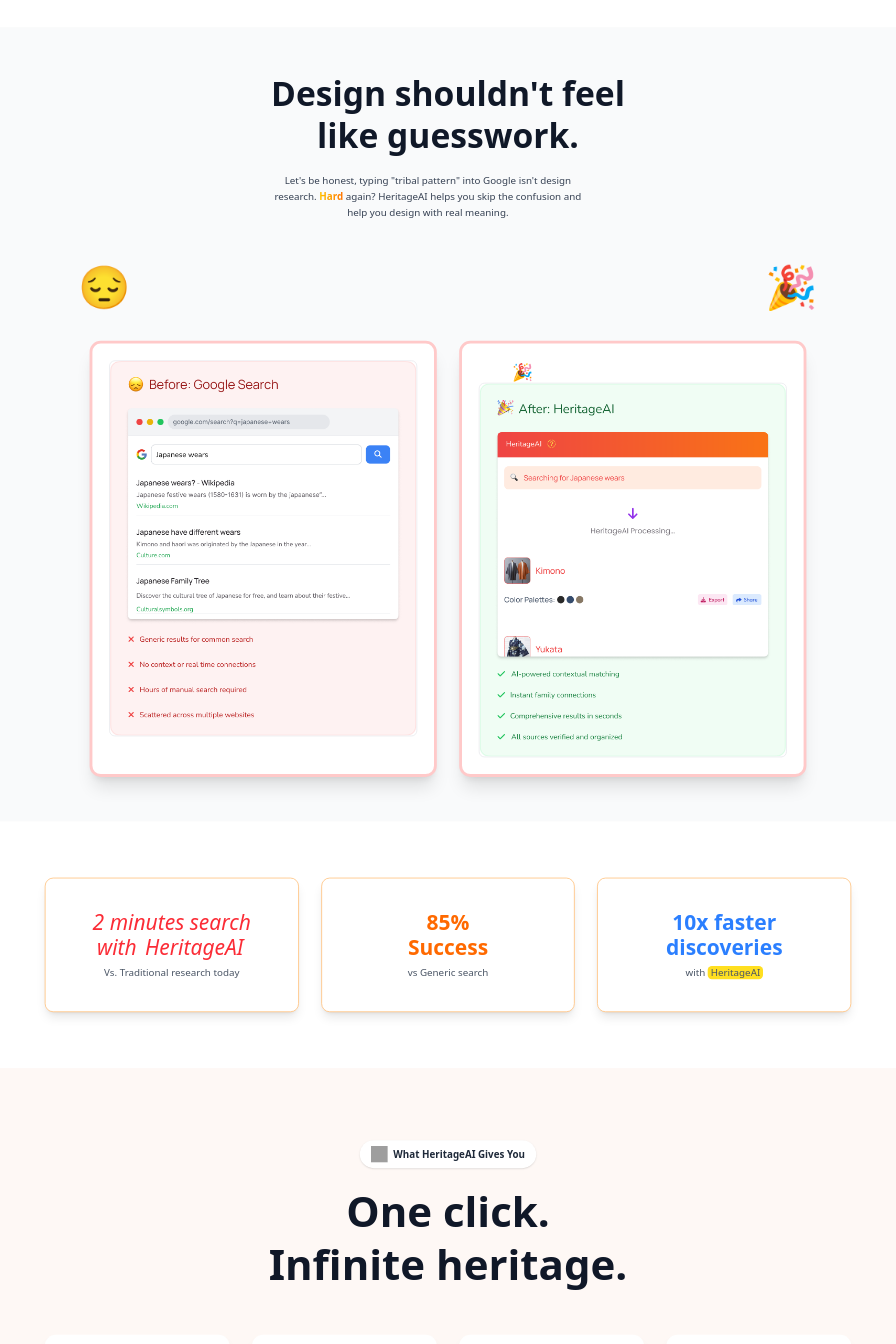
Repository: Em-driod/Heritage
Page: /
The author's editor kept a copy of each file at every save. The page is drawn from the files as they stood at one save, then again after the next save.
The browser window is 1280 px wide. The pictures show the part of the page from y = 897 to 2817 px (the page is 5795 px tall before and 5780 px after), at 70% of full size.
Pictures or frames that could not be fetched are drawn as grey boxes. The project was rebuilt for these pictures with package versions that can differ from the ones it lists, and the page was loaded fresh each time. Also part of the build but not shown: vite.config.ts.

Above is the page before, as saved 2025-07-08 21:00:27.

### src/App.tsx
// src/App.tsx
import React from 'react';
import { BrowserRouter as Router, Route, Routes } from 'react-router-dom';
import Home from './pages/House';



const App: React.FC = () => {
  return (
    <Router>
      <div>


        <Routes>
          <Route path="/" element={<Home />} />


        </Routes>
      </div>
    </Router>
  );
};

export default App;

### src/pages/House.tsx
import Hero from "../components/Hero"
import Landsecont from "../components/landsecont"
import Landthird from "../components/landthird"
import Landfourth from "../components/landfourth"
import Landfifth from "../components/landfifth"

const Home = () => {
  return (
    <div>
      <Hero />
      <Landsecont />
      <Landthird />
     <Landfourth />
     <Landfifth />
    </div>
  )
}

export default Home

### src/components/Hero.tsx
import React, { useState, useEffect } from 'react';

// Define the type for an asset, which is good practice in TypeScript
interface Asset {
  src: string;
  label: string;
}

const Hero: React.FC = () => {
  const [selectedCulture, setSelectedCulture] = useState<string>('Yoruba'); // Default to Yoruba
  const [isLoading, setIsLoading] = useState<boolean>(false);
  const [generatedAssets, setGeneratedAssets] = useState<Asset[]>([]); // State to hold generated assets
  const [showAmalaSpecificLoading, setShowAmalaSpecificLoading] = useState<boolean>(false); // New state for Amala specific loading

  // Function to simulate fetching assets based on culture
  const fetchGeneratedAssets = (cultureParam: string) => {
    setIsLoading(true); // Set general loading to true when fetching starts

    // Reset Amala specific loading if we're not loading Yoruba or if it's already visible
    // This helps ensure the Amala specific loader doesn't flash if you quickly switch back and forth
    // or if it was still active from a previous load.
    setShowAmalaSpecificLoading(false);


    // Simulate an API call or data loading delay
    setTimeout(() => {
      let assetsData: Asset[] = [];
      if (cultureParam === 'Yoruba') {
        assetsData = [
          { src: "/obatala.png", label: "Obatala" },
          { src: "/amala.png", label: "Amala" },
          { src: "/osun.png", label: "Oshun" },
        ];
      } else if (cultureParam === 'Igbo') {
        assetsData = [
          { src: "/path-to-igbo-asset1.jpg", label: "Odinani" },
          { src: "/path-to-igbo-asset2.jpg", label: "Agbogho Mmuo" },
          { src: "/path-to-igbo-asset3.jpg", label: "Igbo Ukwu" },
        ];
      } else if (cultureParam === 'Japanese') {
        assetsData = [
          { src: "/path-to-japanese-asset1.jpg", label: "Geisha" },
          { src: "/path-to-japanese-asset2.jpg", label: "Samurai" },
          { src: "/path-to-japanese-asset3.jpg", label: "Sakura" },
        ];
      }
      setGeneratedAssets(assetsData);
      setIsLoading(false); // Set general loading to false when fetching completes

      // Trigger Amala specific loading ONLY if Yoruba was selected AND it's the first time
      // or a subsequent load where we want this specific effect.
      if (cultureParam === 'Yoruba') {
        setShowAmalaSpecificLoading(true);
        setTimeout(() => {
          setShowAmalaSpecificLoading(false); // Make it disappear after 2 seconds
        }, 5000); // 2 seconds
      }

    }, 1500); // Simulate 1.5 second general loading time
  };

  // Effect to fetch assets when the component mounts or selectedCulture changes
  useEffect(() => {
    fetchGeneratedAssets(selectedCulture);
  }, [selectedCulture]);

  const handleCultureSelect = (cultureName: string) => {
    setSelectedCulture(cultureName);
  };

  // Skeleton Loader for Generated Assets (general purpose)
  const SkeletonLoader: React.FC = () => (
    <div className="space-y-4">
      {[1, 2, 3].map((_, index) => (
        <div key={index} className="flex items-center justify-between animate-pulse">
          <div className="flex items-center space-x-3">
            <div className="w-12 h-12 rounded-lg bg-gray-200"></div>
            <div className="h-4 bg-gray-200 rounded w-24"></div>
          </div>
          <div className="flex space-x-2">
            <div className="h-8 bg-gray-200 rounded w-16"></div>
            <div className="h-8 bg-gray-200 rounded w-16"></div>
          </div>
        </div>
      ))}
    </div>
  );

  // Specific Amala Loading Component - now with an image!
const AmalaSpecificLoader: React.FC = () => (
  <div className="flex flex-col justify-center bg-gray-50 p-4 rounded-lg border border-gray-200 text-sm text-gray-800 space-y-4">
    <p><span className="font-semibold text-red-500">Symbol:</span> Symbolic of earthiness, heritage, and resilience.</p>
    <p><span className="font-semibold text-red-500 items-start">Color:</span> Dark Brown/Charcoal</p>
    <p><span className="font-semibold text-red-500">Made From:</span> Elubo (yam flour), sometimes cassava flour or plantain.</p>
    <p><span className="font-semibold text-red-500">Regions Known For It:</span> Deeply rooted in Oyo, Osun, Ibadan. Especially beloved in Ibadan, where people.</p>
    <p><span className="font-semibold text-red-500">Enjoyed With:</span> Typically served with ewedu, gbegiri, and obe ata.</p>
    <p className="italic text-gray-600">Sometimes called the “Yoruba national combo.”</p>
  </div>
);



  return (
    <div className="py-4 sm:py-8 md:py-12 lg:py-24">
      <div
        className="relative flex justify-center items-center min-h-screen text-center px-4 sm:px-8 md:px-16 lg:px-24 py-16"
        style={{
          backgroundImage: "url('/cfd.png')",
          backgroundSize: "cover",
          backgroundPosition: "center",
          backgroundRepeat: "no-repeat",
        }}
      >
        {/* Optional overlay to add a subtle tint over the background */}
        <div className="absolute inset-0 bg-gradient-to-br from-gray-50 via-white to-purple-50 opacity-80 z-0" />

        {/* Main content wrapper */}
        <div className="relative z-10 container mx-auto flex flex-col lg:flex-row items-center lg:items-start justify-center gap-8 lg:gap-12 max-w-7xl">
          {/* Left Section: Text and Button */}
          <div className="flex flex-col items-center lg:items-start text-center lg:text-left max-w-full lg:max-w-xl px-4 sm:px-0">
            <h1 className="text-4xl md:text-4xl lg:text-5xl font-medium leading-tight text-gray-900 mb-4">
              Ancient Stories.
              <br />Modern Design.
            </h1>
            <p className="text-4xl md:text-4xl lg:text-5xl font-serif  italic text-gray-900 mb-8">
              Instantly.
            </p>
            <p className="text-base sm:text-lg text-gray-700 mb-10 max-w-md">
              Bring ancient patterns, bold colors, and deep meaning into every pixel automatically.
            </p>
            <button className="flex items-center px-6 py-3 sm:px-8 sm:py-4 bg-gradient-to-r from-red-500 to-orange-500 text-white font-semibold rounded-lg shadow-lg hover:shadow-xl transition duration-300 transform hover:scale-105">
              <svg className="w-5 h-5 mr-2" fill="currentColor" viewBox="0 0 20 20">
                <path fillRule="evenodd" d="M10 18a8 8 0 100-16 8 8 0 000 16zM9.555 7.168A1 1 0 008 8v4a1 1 0 001.555.832l3-2a1 1 0 000-1.664l-3-2z" clipRule="evenodd" />
              </svg>
              Try Beta Free
            </button>
          </div>

          {/* Right Section: White Card with UI Elements */}
          <div className="bg-white rounded-xl -translate-y-16 shadow-2xl p-6 top-0 sm:p-8 w-full max-w-md lg:max-w-lg mt-8 lg:mt-0">
            <h2 className="text-lg sm:text-xl font-semibold text-gray-800 mb-6">Select Culture</h2>
            <div className="grid grid-cols-2 sm:grid-cols-3 gap-3 mb-8">
              {/* Yoruba Culture Button with Image */}
              <button
                className={`relative flex items-center justify-center p-3 rounded-md text-sm font-medium text-white h-20 overflow-hidden ${selectedCulture === 'Yoruba' ? 'ring-2 ring-purple-500 ring-offset-2' : ''}`}
                onClick={() => handleCultureSelect('Yoruba')}
              >
                <img src="/yoruba.png" alt="Yoruba Culture" className="absolute inset-0 w-full h-full object-cover" />
                <div className="absolute inset-0  bg-opacity-40 flex items-center justify-center">
                  {/* Yoruba */}
                </div>
              </button>

              {/* Igbo Culture Button with Image */}
              <button
                className={`relative flex items-center justify-center p-3 rounded-md text-sm font-medium text-white h-20 overflow-hidden ${selectedCulture === 'Igbo' ? 'ring-2 ring-purple-500 ring-offset-2' : ''}`}
                onClick={() => handleCultureSelect('Igbo')}
              >
                <img src="/igbo.png" alt="Igbo Culture" className="absolute inset-0 w-full h-full object-cover" />
                <div className="absolute inset-0 bg-opacity-40 flex items-center justify-center">
                  {/* Igbo */}
                </div>
              </button>

              {/* Japanese Culture Button with Image */}
              <button
                className={`relative flex items-center justify-center p-3 rounded-md text-sm font-medium text-white h-20 overflow-hidden ${selectedCulture === 'Japanese' ? 'ring-2 ring-purple-500 ring-offset-2' : ''}`}
                onClick={() => handleCultureSelect('Japanese')}
              >
                <img src="/japan.png" alt="Japanese Culture" className="absolute inset-0 w-full h-full object-cover" />
                <div className="absolute inset-0 bg-opacity-40 flex items-center justify-center">
                  {/* Japanese */}
                </div>
              </button>
            </div>

            <div className="flex flex-col items-center mb-6">
              <svg className="w-6 h-6 text-purple-600 mb-2" fill="none" stroke="currentColor" viewBox="0 0 24 24">
                <path strokeLinecap="round" strokeLinejoin="round" strokeWidth="2" d="M19 14l-7 7m0 0l-7-7m7 7V3" />
              </svg>
              <span className=" text-yellow-800 text-xs font-semibold px-2.5 py-0.5 rounded-full"></span>
            </div>

            <h2 className="text-lg sm:text-xl font-semibold text-gray-800 mb-4">Generated Assets</h2>
            {/* The general skeleton loader still appears first */}
            {isLoading ? (
                 <SkeletonLoader />
            ) : (
              <div className="space-y-4 mb-8">
                {generatedAssets.map((asset) => ( // Changed from { src, label } to asset for clarity
                  <React.Fragment key={asset.label}> {/* Using asset.label for key */}
                    <div className="flex items-center justify-between">
                      <div className="flex items-center space-x-3">
                        <img src={asset.src} alt={asset.label} className="w-12 h-12 rounded-lg object-cover" />
                        <span className="text-gray-800 font-medium">{asset.label}</span>
                      </div>
                      <div className="flex flex-col sm:flex-row space-y-2 sm:space-y-0 sm:space-x-2 text-sm">
                        <button className="px-3 py-1 border border-pink-200 text-pink-600 rounded-md hover:bg-pink-50">Export</button>
                        <button className="px-3 py-1 border border-pink-200 text-pink-600 rounded-md hover:bg-pink-50">Share</button>
                      </div>
                    </div>
                    {/* Insert Amala specific loading image here */}
                    {asset.label === 'Amala' && selectedCulture === 'Yoruba' && showAmalaSpecificLoading && (
                      <AmalaSpecificLoader />
                    )}
                  </React.Fragment>
                ))}
              </div>
            )}

            <h2 className="text-lg sm:text-xl font-semibold text-gray-800 mb-4">Color Palette</h2>
            <div className="flex flex-col sm:flex-row items-center justify-between space-y-4 sm:space-y-0">
              <div className="flex space-x-2">
                <button
                  className="w-8 h-8 rounded-full border border-gray-300 bg-cover bg-center"
                  style={{ backgroundImage: "url('/path-to-yellow-palette-image.png')" }}
                  aria-label="Yellow Color Palette"
                ></button>
                <button
                  className="w-8 h-8 rounded-full border border-gray-300 bg-cover bg-center"
                  style={{ backgroundImage: "url('/path-to-dark-palette-image.png')" }}
                  aria-label="Dark Gray Color Palette"
                ></button>
              </div>
              <div className="flex space-x-2 text-sm">
                <button className="px-3 py-1 border border-pink-200 text-pink-600 rounded-md hover:bg-pink-50">Export</button>
                <button className="px-3 py-1 border border-pink-200 text-pink-600 rounded-md hover:bg-pink-50">Share</button>
              </div>
            </div>
          </div>
        </div>
      </div>
    </div>
  );
};

export default Hero;

### src/components/landsecont.tsx
const Landsecont = () => {
  return (
    <div className="flex flex-col items-center justify-center min-h-screen bg-gray-50 py-16 px-4 sm:px-6 lg:px-8">
      {/* Top Section: Main Heading and Subheading */}
      <div className="text-center mb-16 max-w-4xl mx-auto">
        <h1 className="text-4xl sm:text-5xl lg:text-5xl font-bold text-gray-900 leading-tight">
          Design shouldn't feel
          <br />
          like guesswork.
        </h1>
        <p className="mt-6 text-sm sm:text-sm w-112 text-gray-700 leading-relaxed">
          Let's be honest, typing "tribal pattern" into Google
          isn't design research.
          <span className="font-bold bg-gradient-to-r from-yellow-400 to-orange-500 text-transparent bg-clip-text"> Hard </span>
          again? HeritageAI helps you skip the
          confusion and help you design with real meaning.
        </p>
      </div>

      {/* Middle Section: Emojis */}
      <div className="flex justify-between w-full max-w-5xl px-8 mb-12">
        <span role="img" aria-label="sad face" className="text-6xl -translate-x-12">
          😔
        </span>
        <span role="img" aria-label="party popper" className="text-6xl translate-x-12">
          🎉
        </span>
      </div>

      {/* Bottom Section: Before & After Cards */}
      <div className="flex flex-col lg:flex-row justify-center items-stretch gap-8 w-full max-w-5xl">
        {/* Left Column: Before Google Search */}
        <div className="bg-white rounded-2xl shadow-xl flex-1 border-4 border-red-200 p-6 flex flex-col">

          <img
            src="/afre.png"
            alt="Google Search Screenshot"
            className="rounded-lg border border-gray-200 w-full object-cover"
          />
        </div>

        {/* Right Column: After HeritageAI */}
            <div className="bg-white rounded-2xl shadow-xl flex-1 border-4 border-red-200 p-6 flex flex-col">
                <span role="img" aria-label="party popper" className="text-2xl translate-x-12">
          🎉
        </span>

          <img
            src="/reaf.png"
            alt="Google Search Screenshot"
            className="rounded-lg border border-gray-200 w-full object-cover"
          />
        </div>
      </div>
    </div>
  );
};

export default Landsecont;

### src/components/landthird.tsx


const Landthird = () => {
  return (
    <div className="flex justify-center items-center py-20 px-4 sm:px-6 lg:px-8 bg-white">
      <div className="flex flex-col lg:flex-row items-center justify-center gap-8 w-full max-w-6xl">

        {/* Card 1: 2 minutes search */}
        <div className="flex-1 bg-white border border-orange-300 rounded-xl shadow-lg p-6 text-center h-48 flex flex-col justify-center transition-transform duration-300 hover:scale-105">
          <p className="text-3xl italic  text-red-500 mb-2">
            2 minutes search
            <br />
            with <span className=" px-1 rounded-md">HeritageAI</span>
          </p>
          <p className="text-sm text-gray-600">
            Vs. Traditional research today
          </p>
        </div>

        {/* Card 2: 85% Success */}
        <div className="flex-1 bg-white border border-orange-300 rounded-xl shadow-lg p-6 text-center h-48 flex flex-col justify-center transition-transform duration-300 hover:scale-105">
          <p className="text-3xl font-bold text-orange-500 mb-2">
            85%
            <br />
            Success
          </p>
          <p className="text-sm text-gray-600">
            vs Generic search
          </p>
        </div>

        {/* Card 3: 10x faster discoveries */}
        <div className="flex-1 bg-white border border-orange-300 rounded-xl shadow-lg p-6 text-center h-48 flex flex-col justify-center transition-transform duration-300 hover:scale-105">
          <p className="text-3xl font-bold text-blue-500 mb-2">
            10x faster
            <br />
            discoveries
          </p>
          <p className="text-sm text-gray-600">
            with <span className="bg-yellow-300 px-1 rounded-md">HeritageAI</span>
          </p>
        </div>

      </div>
    </div>
  );
};

export default Landthird;

### src/components/landfourth.tsx


const Landfourth = () => {
  return (
    <div className="bg-[#fef8f5] min-h-screen flex flex-col items-center justify-center py-20 px-4 sm:px-6 lg:px-8">
      {/* Top Section: What HeritageAI Gives You */}
      <div className="text-center mb-16">
        <div className="inline-flex items-center bg-white rounded-full py-2 px-4 shadow-sm mb-6">
          <img
            src="/path-to-heritageai-icon.png" // Placeholder, replace with your actual icon path
            alt="HeritageAI Icon"
            className="w-6 h-6 mr-2"
          />
          <span className="text-sm font-semibold text-gray-800">What HeritageAI Gives You</span>
        </div>
        <h1 className="text-5xl sm:text-6xl font-bold text-gray-900 leading-tight">
          One click.
          <br />
          Infinite heritage.
        </h1>
      </div>

      {/* Cards Section */}
      <div className="grid grid-cols-1 md:grid-cols-2 lg:grid-cols-4 gap-8 max-w-6xl w-full">

        {/* Card 1: Design kits */}
        <div className="bg-white rounded-2xl shadow-lg p-6 flex flex-col items-start text-left">
          <img
            src="/path-to-design-kits-icon.png" // Placeholder, replace with your actual icon path
            alt="Design kits icon"
            className="w-12 h-12 mb-4"
          />
          <h3 className="text-xl font-semibold text-gray-900 mb-2">Design kits</h3>
          <p className="text-gray-600 text-sm mb-4">
            Ready to use palettes, icons
            <br />
            textures
          </p>
          <div className="flex space-x-2 mt-auto">
            <div className="w-8 h-8 rounded-full bg-pink-500 border-2 border-white shadow"></div>
            <div className="w-8 h-8 rounded-full bg-cyan-500 border-2 border-white shadow"></div>
            <div className="w-8 h-8 rounded-full bg-purple-500 border-2 border-white shadow"></div>
          </div>
        </div>

        {/* Card 2: Cultural Context */}
        <div className="bg-white rounded-2xl shadow-lg p-6 flex flex-col items-start text-left">
          <img
            src="/path-to-cultural-context-icon.png" // Placeholder, replace with your actual icon path
            alt="Cultural Context icon"
            className="w-12 h-12 mb-4"
          />
          <h3 className="text-xl font-semibold text-gray-900 mb-2">Cultural Context</h3>
          <p className="text-gray-600 text-sm mb-4">
            Every visual comes with a short
            <br />
            short or symbol meaning
          </p>
          <div className="flex items-center text-gray-700 font-medium mt-auto">
            <svg className="w-5 h-5 mr-2 text-gray-500" fill="currentColor" viewBox="0 0 20 20" xmlns="http://www.w3.org/2000/svg">
              <path fillRule="evenodd" d="M4 4a2 2 0 012-2h4.586A2 2 0 0112 2.414L14.586 5A2 2 0 0115 6.414V16a2 2 0 01-2 2H6a2 2 0 01-2-2V4zm2 6a1 1 0 011-1h6a1 1 0 110 2H7a1 1 0 01-1-1zm1 3a1 1 0 100 2h6a1 1 0 100-2H7z" clipRule="evenodd"></path>
            </svg>
            Rich storytelling
          </div>
        </div>

        {/* Card 3: Export Ready */}
        <div className="bg-white rounded-2xl shadow-lg p-6 flex flex-col items-start text-left">
          <img
            src="/path-to-export-ready-icon.png" // Placeholder, replace with your actual icon path
            alt="Export Ready icon"
            className="w-12 h-12 mb-4"
          />
          <h3 className="text-xl font-semibold text-gray-900 mb-2">Export Ready</h3>
          <p className="text-gray-600 text-sm mb-4">
            Use in Figma, Canva, Webflow,
            <br />
            or even download
          </p>
          <div className="flex space-x-2 mt-auto">
            <img src="/path-to-figma-icon.png" alt="Figma icon" className="w-8 h-8" /> {/* Placeholder */}
            <img src="/path-to-canva-icon.png" alt="Canva icon" className="w-8 h-8" /> {/* Placeholder */}
            <img src="/path-to-webflow-icon.png" alt="Webflow icon" className="w-8 h-8" /> {/* Placeholder */}
          </div>
        </div>

        {/* Card 4: More Than Visuals */}
        <div className="bg-white rounded-2xl shadow-lg p-6 flex flex-col items-start text-left">
          <img
            src="/path-to-more-than-visuals-icon.png" // Placeholder, replace with your actual icon path
            alt="More Than Visuals icon"
            className="w-12 h-12 mb-4"
          />
          <h3 className="text-xl font-semibold text-gray-900 mb-2">More Than Visuals</h3>
          <p className="text-gray-600 text-sm mb-4">
            Build brand identity rooted in
            <br />
            something real.
          </p>
          <div className="flex items-center text-gray-700 font-medium mt-auto">
            <svg className="w-5 h-5 mr-2 text-gray-500" fill="currentColor" viewBox="0 0 20 20" xmlns="http://www.w3.org/2000/svg">
              <path fillRule="evenodd" d="M10 18a8 8 0 100-16 8 8 0 000 16zm3.707-9.293a1 1 0 00-1.414-1.414L9 10.586 7.707 9.293a1 1 0 00-1.414 1.414l2 2a1 1 0 001.414 0l4-4z" clipRule="evenodd"></path>
            </svg>
            Authentic foundations
          </div>
        </div>

      </div>
    </div>
  );
};

export default Landfourth;

Loaded but not shown: index.html (common file); src/main.tsx (common file); src/index.css (common file); src/components/landfifth.tsx (203 lines, source omitted)

After the next save:
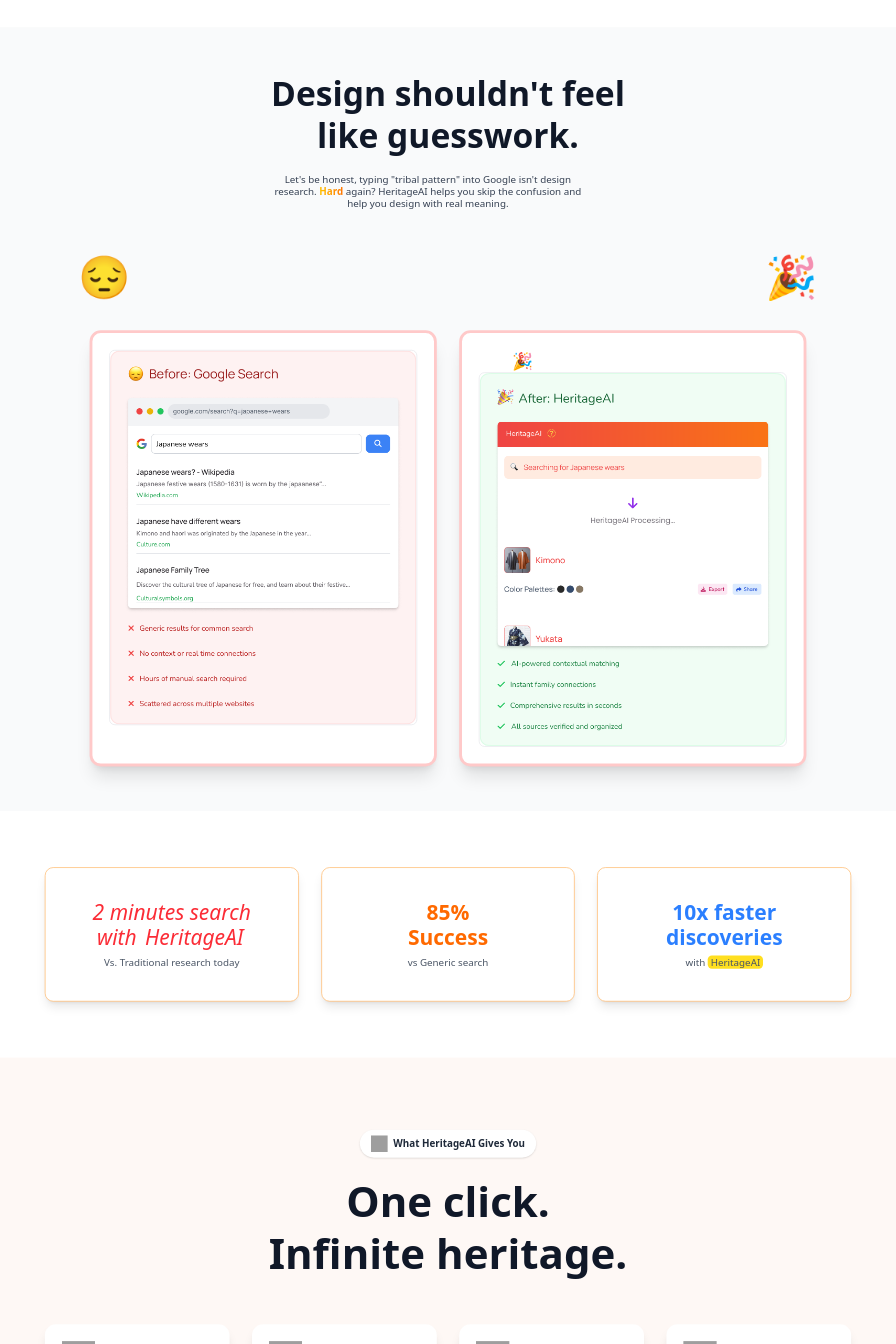
Saved 74 s later.
--- a/src/components/landsecont.tsx
+++ b/src/components/landsecont.tsx
@@ -8,7 +8,7 @@
           <br />
           like guesswork.
         </h1>
-        <p className="mt-6 text-sm sm:text-sm w-112 text-gray-700 leading-relaxed">
+        <p className="mt-6 text-sm sm:text-sm w-112 text-gray-700 leading-tight">
           Let's be honest, typing "tribal pattern" into Google
           isn't design research.
           <span className="font-bold bg-gradient-to-r from-yellow-400 to-orange-500 text-transparent bg-clip-text"> Hard </span>
